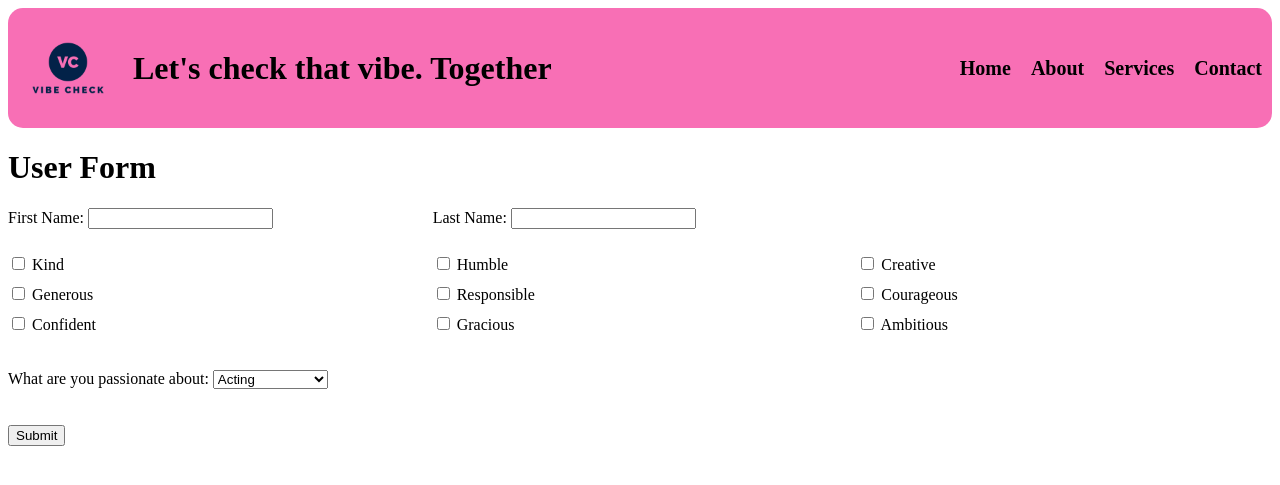
Repository: Chadloswald/Dis-Service
Page: docs/index.html
An editor plug-in stored every save of this project. The page is shown before and after the next save, followed by the edit.
The browser window is 1280 px wide. The pictures show the whole page.

Above is the page before, as saved 2023-05-02 10:22:32.

### docs/index.html
<!DOCTYPE html>
<html>
<head>
	<title>Dis-Service</title>
	<link rel="stylesheet" type="text/css" href="styles.css">
	<script src="scripts.js"></script>
</head>
<body>
	<header>
		<div class="logo">
		  <img src="logo.jpeg" alt="Logo">
		  <h1>Let's check that vibe. Together</h1>
		</div>
		<nav>
		  <ul>
			<li><a href="#">Home</a></li>
			<li><a href="#">About</a></li>
			<li><a href="#">Services</a></li>
			<li><a href="#">Contact</a></li>
		  </ul>
		</nav>
	  </header>
	<h1>User Form</h1>

	<form>
	<div id="checkbox-grid">
		<label>
			First Name:
			<input type="text" name="firstname" id="firstname">
		</label>
		<label>
			Last Name:
			<input type="text" name="lastname" id="lastname">
		</label>
		<br><br>
		<!-- ----------------------------------------- -->
		<label>
			<input type="checkbox" name="option1" value="cruel">
			Kind
		</label>
		<label>
			<input type="checkbox" name="option2" value="arrogant">
			Humble
		</label>
		<label>
			<input type="checkbox" name="option3" value="mundane">
			Creative
		</label>
		<label>
			<input type="checkbox" name="option4" value="greedy">
			Generous
		</label>
		<label>
			<input type="checkbox" name="option5" value="irressponsible">
			Responsible
		</label>
		<label>
			<input type="checkbox" name="option6" value="cowardly">
			Courageous
		</label>
		<label>
			<input type="checkbox" name="option7"value="insecure">
			Confident
		</label>
		<label>
			<input type="checkbox" name="option8" value="ungrateful">
			Gracious
		</label>
		<label>
			<input type="checkbox" name="option9" value="apathetic">
			Ambitious
		</label>
	</div>
	<br><br>
		<!-- ------------------------------------------------- -->
		<label>
			What are you passionate about:
			<select id="dropdown">
				<option value="you on stage makes Kristen Stewart's performance in Twilight look Oscar worthy">Acting</option>
				<option value="we checked your chart and your big three are all in ugly">Astrology</option>
				<option value="the next time you get our your telescope I'm going to shine a flashlight right down the tube">Astronomy</option>
				<option value="that bottom is so soggy that Paul Hollywood would never shake your hand">Baking</option>
				<option value="I'm sure your 12 followers are just riveted">Blogging</option>
				<option value="option5">Calligraphy</option>
				<option value="option6">Ceramics</option>
				<option value="option7">Chess</option>
				<option value="option8">Collecting</option>
				<option value="it's called salt! Try using it sometime">Cooking</option>
				<option value="option10">Dancing</option>
				<option value="option10">Drawing</option>
				<option value="option10">Film-making</option>
				<option value="option10">Gardening</option>
				<option value="option10">Hiking</option>
				<option value="option10">Jewelry-making</option>
				<option value="option10">Knitting</option>
				<option value="option10">Meditation</option>
				<option value="option10">Music</option>
				<option value="option10">Painting</option>
				<option value="option10">Photography</option>
				<option value="option10">Playing sports</option>
				<option value="option10">Pottery</option>
				<option value="option10">Reading</option>
				<option value="option10">Running</option>
				<option value="option10">Singing</option>
				<option value="option10">Traveling</option>
				<option value="option10">Volunteering</option>
				<option value="option10">Woodworking</option>
				<option value="option10">Writing</option>
				<option value="option10">Yoga</option>
			</select>
		</label>
		<br><br>
		<input type="submit" value="Submit" onclick="displayMessage()">
	</form>
</body>
</html>

### docs/styles.css
label {
	display: block;
}

#checkbox-grid {
	display: grid;
	grid-template-columns: repeat(3, 1fr);
	grid-gap: 10px;
  }

  #checkbox-grid label {
	display: block;
  }

  header {
	background-color: #f86fb5;
	color: black;
	display: flex;
	justify-content: space-between;
	align-items: center;
	padding: 10px;
	border-radius: 15px;
  }

  .logo {
	display: flex;
	align-items: center;
  }

  .logo img {
	height: 100px;
	margin-right: 15px;
  }

  nav ul {
	display: flex;
	list-style: none;
  }

  nav li {
	margin-left: 20px;
  }

  nav a {
	color: black;
	text-decoration: none;
	font-weight: bold;
	font-size: 20px;
  }

### docs/scripts.js
function displayMessage() {
	// get the values of the input fields
	var firstname = document.getElementById("firstname").value;
	var lastname = document.getElementById("lastname").value;

	// get the values of the selected checkboxes
	var checkboxes = document.querySelectorAll('input[type="checkbox"]:checked');
	var selected = [];
	for (var i = 0; i < checkboxes.length; i++) {
		selected.push(checkboxes[i].value);
	}

	// get the value of the selected option in the dropdown menu
	var dropdown = document.getElementById("dropdown");
	var selectedOption = dropdown.options[dropdown.selectedIndex].value;

	// create an array of names
	var names = ["Smellward", "Poopington", "Fartsman", "Cheesewick", "McLoser", "Hoobitoob", "Cramsworth", "Plooperbum", "Frimblebim", "Feebrizz"];

	// randomly select two names from the array
	var randomIndex1 = Math.floor(Math.random() * names.length);
	var randomIndex2 = Math.floor(Math.random() * names.length);
	while (randomIndex1 === randomIndex2) {
		randomIndex2 = Math.floor(Math.random() * names.length);
	}
	var randomName1 = names[randomIndex1];
	var randomName2 = names[randomIndex2];

	// construct the message
	var message = "Hey " + firstname + " " + lastname + "! Here's a message to cheer you up! You are an " + selected.join(", ") + " little jerk, and " + selectedOption + ". \nYou have lost the right to use the name " + firstname + " " + lastname + ", you nerd. You will be henceforth known as " + randomName1 + " " + randomName2 + ". May shame follow your family for 1000 years.";

	// display the message in an alert box
	alert(message);
}

After the next save:
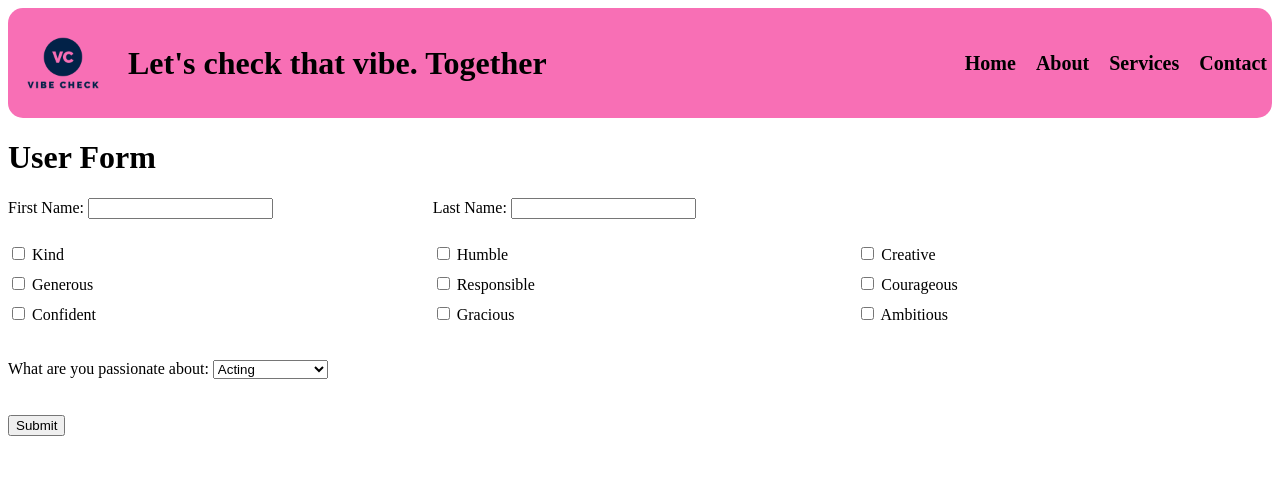
Saved 10 s later.
--- a/docs/styles.css
+++ b/docs/styles.css
@@ -18,7 +18,7 @@ label {
 	display: flex;
 	justify-content: space-between;
 	align-items: center;
-	padding: 10px;
+	padding: 5px;
 	border-radius: 15px;
   }
 
